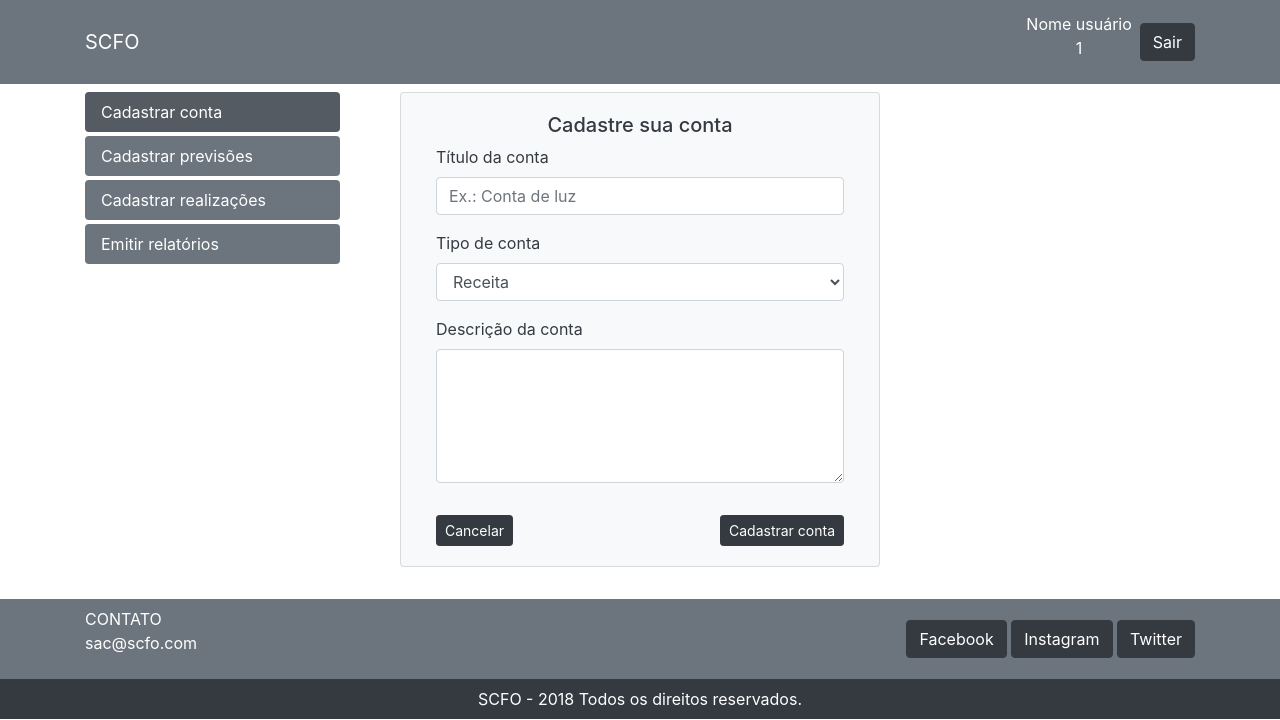
Repository: MaickSilva/scfoheroku
Page: http://localhost/cadastrarConta.php
The author's editor kept a record of every edit. The page is drawn from the files as they stood at one moment, then again after the next edit.
The browser window is 1280 px wide. The pictures show the whole page.
Some web libraries are served in a nearby version. The page is run by PHP 8.4 with error messages shown; the project is at /var/www/html/. The session is filled in as if someone had signed in: {"UsuarioLog": true, "cpf": 1, "senha": 1}. Other server files are loaded and not shown.

Above is the page before.

### workspace/cadastrarConta.php
<?php include "header.php" ?>
<?php
    session_start();
    if(!isset($_SESSION['UsuarioLog'])){
        header("Location: index.php");
        session_destroy();
    }

    if(isset($_GET['logout'])){
        session_destroy();
        header("Location: index.php");
    }
?>
    <nav class="navbar navbar-expand-md navbar-dark bg-secondary ">
        <div class="container">

            <a class="navbar-brand " href="logado.php">SCFO</a>
            <form class="form-inline">
              <i class=""></i>
              <ul class="list-unstyled text-white text-center ml-2 mr-2 pt-1">
                <li>
                    <p class="mb-0 ">Nome usuário</p>
                </li>
                <li>
                    <?php
                    echo " ".$_SESSION['cpf']
                    ?>

                </li>
              </ul>
              <button type="button" class="btn btn-dark">Sair</button>
            </form>


        </div>
    </nav>

    <div class="container mb-3">
        <div class="row">
            <div class="col-12 col-sm-12 col-md-4 col-lg-3">
                <div class="nav flex-column nav-pills mt-2" id="v-pills-tab" role="tablist" aria-orientation="vertical">
                    <a href="cadastrarConta.php" class="nav-link btn-secondary active" id="cadastroConta" role="tab" aria-controls="v-pills-contas" aria-selected="true">Cadastrar conta</a>
                    <a class="nav-link btn-secondary mt-1" id="v-pills-profile-tab" data-toggle="pill" href="#v-pills-profile" role="tab" aria-controls="v-pills-profile" aria-selected="false">Cadastrar previsões</a>
                    <a href="inserirValores.php" class="nav-link btn-secondary mt-1" id="inserirValores" role="tab" aria-controls="v-pills-valores" aria-selected="false">Cadastrar realizações</a>
                    <a class="nav-link btn-secondary mt-1" id="v-pills-settings-tab" data-toggle="pill" href="#v-pills-settings" role="tab" aria-controls="v-pills-settings" aria-selected="false">Emitir relatórios</a>
                </div>
            </div>
            <div class="col-12 col-sm-12 col-md-8 col-lg-6">
                <div class="card text-white bg-light mb-3 mt-2 mx-auto" style="max-width: 30rem;">
                    <div class="card-body">
                        <div class="container ">
                            <form class="mx-auto text-dark " style="width: auto;" "card-text">
                                <div class="container text-center">
                                    <h5>Cadastre sua conta</h5>
                                </div>
                                <div class="form-group">
                                    <label for="exampleInputCpf">Título da conta</label>
                                    <input type="text" class="form-control" id="tituloconta" placeholder="Ex.: Conta de luz" name="titulo">
                                </div>
                                <div class="form-group">
                                    <label for="tipoConta">Tipo de conta</label>
                                    <select class="form-control">
                                        <option>Receita</option>
                                        <option>Despesa</option>
                                    </select>
                                </div>
                                <div>
                                    <div class="form-group">
                                        <label for="descricaodaConta">Descrição da conta</label>
                                        <textarea class="form-control" id="descricaoConta" rows="5"></textarea>
                                    </div>
                                </div>
                                <button type="submit" class="btn btn-dark float-right mt-3 btn-sm col-">Cadastrar conta</button>
                                <a href="logado.php">
                                    <button type="button" class="btn btn-dark mt-3 btn-sm col-">Cancelar</button>
                                </a>

                            </form>
                        </div>
                    </div>
                </div>
            </div>
        </div>
    </div>


<?php include "footer.php" ?>

</body>

### workspace/header.php
<!DOCTYPE html>
<html lang="pt-br">

<head>
    <meta charset="utf-8">
    <meta http-equiv="X-UA-Compatible" content="IE=edge">
    <meta name="viewport" content="width=device-width, initial-scale=1">
    <title>Sistema de Controle Financeiro Orçamentário</title>

    <!-- Bootstrap CSS-->
    <link rel="stylesheet" href="css/bootstrap.min.css">
    <link rel="stylesheet" href="css/style.css">

    <link rel="stylesheet" href="https://use.fontawesome.com/releases/v5.0.12/css/all.css" integrity="sha384-G0fIWCsCzJIMAVNQPfjH08cyYaUtMwjJwqiRKxxE/rx96Uroj1BtIQ6MLJuheaO9" crossorigin="anonymous">

    <!-- Formatação de textos -->
    <script>
        function formatar(mascara, documento){
          var i = documento.value.length;
          var saida = mascara.substring(0,1);
          var texto = mascara.substring(i)

          if (texto.substring(0,1) != saida){
                    documento.value += texto.substring(0,1);
          }

        }
    </script>
</head>

<body>

### workspace/footer.php


    <footer class="container-fluid navbar navbar-expand-md navbar-dark bg-secondary">
        <div class="container text-white">
            <p>CONTATO<br>
            <span>sac@scfo.com</span></p>

          <nav class="float-right">
              <span>
                  <button class="btn btn-dark">Facebook</button>
                  <button class="btn btn-dark">Instagram</button>
                  <button class="btn btn-dark">Twitter</button>
              </span>
          </nav>
        </div>
    </footer>

    <div class="container-fluid bg-dark text-center text-white p-2">SCFO - 2018 Todos os direitos reservados.</div>

  <script src="js/jquery-3.3.1.slim.min.js"></script>
  <script src="js/popper.min.js"></script>
  <script src="js/bootstrap.min.js"></script>

### workspace/navbarLogado.php
<nav class="navbar navbar-expand-md navbar-dark bg-secondary ">
    <div class="container">
        <a class="navbar-brand " href="logado.php">SCFO</a>
        <form class="form-inline">
            <ul class="list-unstyled text-white text-center ml-2 mr-2 pt-2">
                <li>
                    <p class="mb-0 ">Nome usuário</p>
                </li>
                <li>
                    <?php
                    echo " ".$_SESSION['cpf']
                    ?>

                </li>
            </ul>
            <button type="button" class="btn btn-dark">Sair</button>
        </form>
    </div>
</nav>

Loaded but not shown: workspace/css/bootstrap.min.css (library); workspace/js/jquery-3.3.1.slim.min.js (library); workspace/js/popper.min.js (library); workspace/js/bootstrap.min.js (library); workspace/css/style.css (no stored copy; drawn as an empty file)

After the next edit:
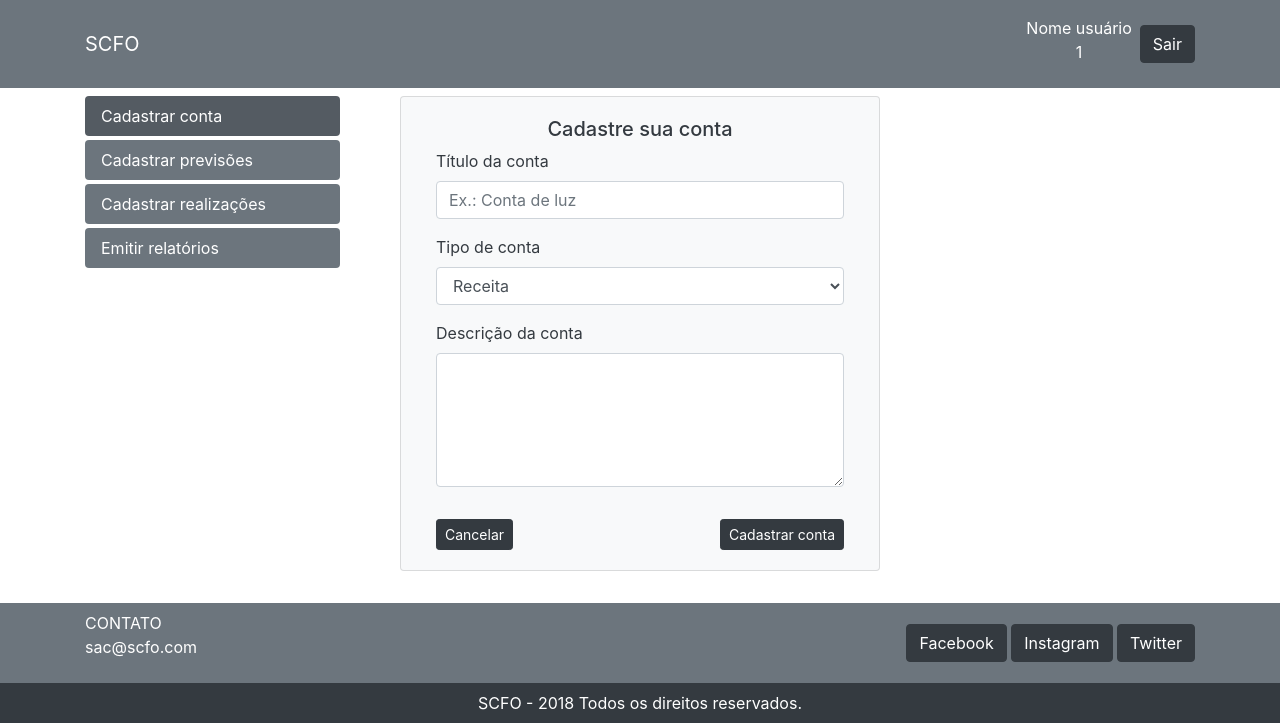
The edit:
--- a/workspace/cadastrarConta.php
+++ b/workspace/cadastrarConta.php
@@ -11,36 +11,14 @@
         header("Location: index.php");
     }
 ?>
-    <nav class="navbar navbar-expand-md navbar-dark bg-secondary ">
-        <div class="container">
-
-            <a class="navbar-brand " href="logado.php">SCFO</a>
-            <form class="form-inline">
-              <i class=""></i>
-              <ul class="list-unstyled text-white text-center ml-2 mr-2 pt-1">
-                <li>
-                    <p class="mb-0 ">Nome usuário</p>
-                </li>
-                <li>
-                    <?php
-                    echo " ".$_SESSION['cpf']
-                    ?>
-
-                </li>
-              </ul>
-              <button type="button" class="btn btn-dark">Sair</button>
-            </form>
-
-
-        </div>
-    </nav>
+    <?php include "navbarLogado.php" ?>
 
     <div class="container mb-3">
         <div class="row">
             <div class="col-12 col-sm-12 col-md-4 col-lg-3">
                 <div class="nav flex-column nav-pills mt-2" id="v-pills-tab" role="tablist" aria-orientation="vertical">
                     <a href="cadastrarConta.php" class="nav-link btn-secondary active" id="cadastroConta" role="tab" aria-controls="v-pills-contas" aria-selected="true">Cadastrar conta</a>
-                    <a class="nav-link btn-secondary mt-1" id="v-pills-profile-tab" data-toggle="pill" href="#v-pills-profile" role="tab" aria-controls="v-pills-profile" aria-selected="false">Cadastrar previsões</a>
+                    <a href="cadastrarPrevisao.php" class="nav-link btn-secondary mt-1" id="v-pills-profile-tab" href="#v-pills-profile" role="tab" aria-controls="v-pills-profile" aria-selected="false">Cadastrar previsões</a>
                     <a href="inserirValores.php" class="nav-link btn-secondary mt-1" id="inserirValores" role="tab" aria-controls="v-pills-valores" aria-selected="false">Cadastrar realizações</a>
                     <a class="nav-link btn-secondary mt-1" id="v-pills-settings-tab" data-toggle="pill" href="#v-pills-settings" role="tab" aria-controls="v-pills-settings" aria-selected="false">Emitir relatórios</a>
                 </div>
